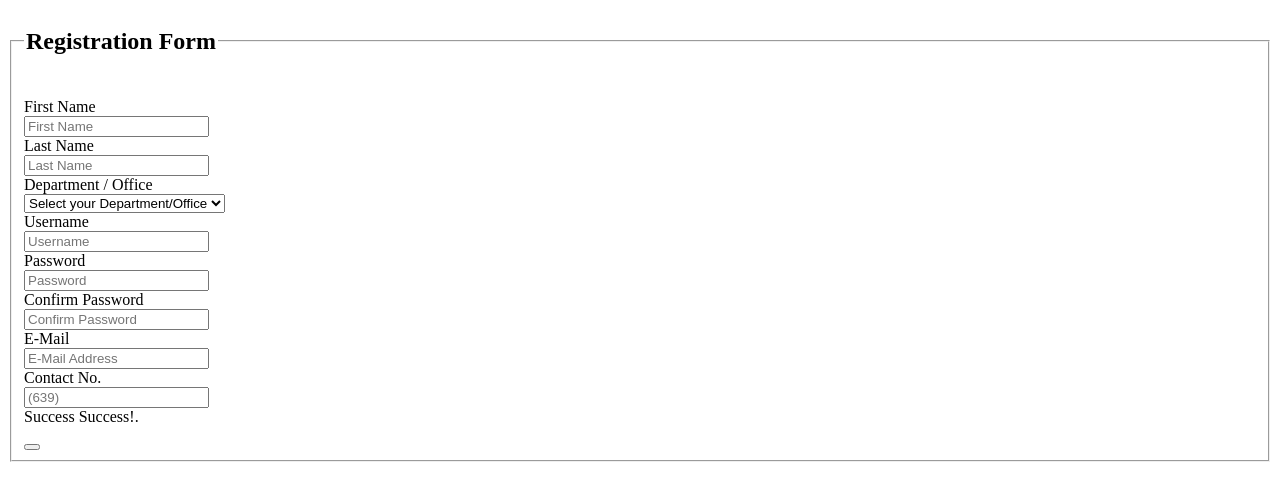
Repository: ashwinipatil321/ServletPrograms
Page: http://localhost/loginAndRegisterServlet/Register1.jsp
The author's editor kept a copy of each file at every save. The page is drawn from the files as they stood at one save, then again after the next save.
The browser window is 1280 px wide. The pictures show the whole page.
The page is served by Tomcat 9. Nobody is signed in. The application's start-up code is not run.

Above is the page before, as saved 2017-11-07 09:40:15.

After the next save:
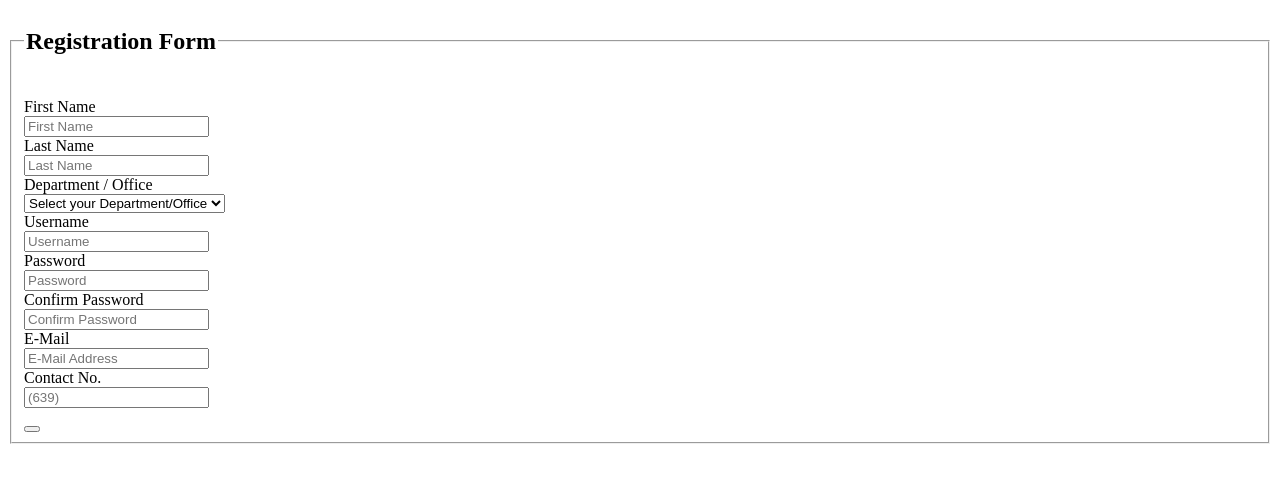
Saved 64 s later.
--- a/loginAndRegisterServlet/WebContent/Register1.jsp
+++ b/loginAndRegisterServlet/WebContent/Register1.jsp
@@ -6,6 +6,9 @@
 <meta http-equiv="Content-Type" content="text/html; charset=UTF-8">
 <title>Insert title here</title>
 </head>
+<Style>
+#success_message{ display: none;}
+</style>
 <body>
  <div class="container">
 
